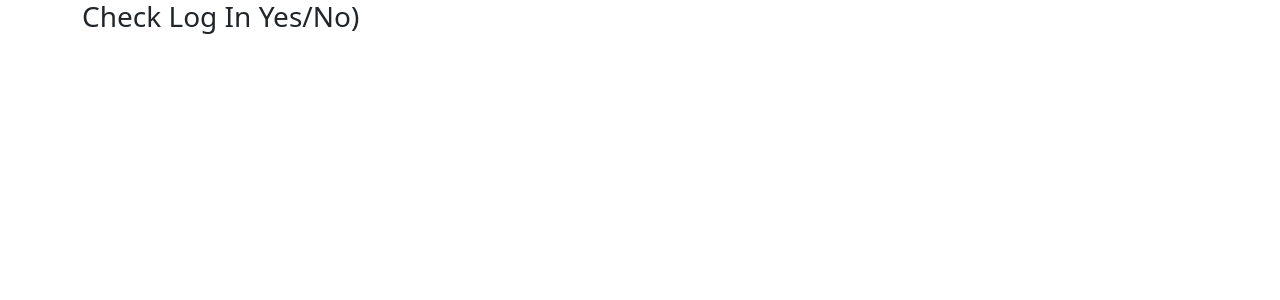
Repository: yeobleeme/06_jsp_basic
Page: http://localhost/jsp01_basic/jsp08_cookies/jsp09_login_03.jsp
An editor plug-in stored every save of this project. The page is shown before and after a run of saves, followed by the edit.
The browser window is 1280 px wide. The pictures show the whole page.
The page is served by Tomcat 9. Other server files are loaded and not shown.

Above is the page before, as saved 2023-05-12 03:17:18.

### jsp01_basic/WebContent/jsp08_cookies/jsp09_login_03.jsp
<%@page import="com.lec.cookie.MyCookie"%>
<%@page language="java" contentType="text/html; charset=UTF-8" pageEncoding="UTF-8"%>
<%
	MyCookie cookies = new MyCookie(request);
%>
<!DOCTYPE html>
<html>
<head>
	<meta charset="UTF-8">
	<meta name="viewport" content="width=device-width, initial-scale=1, minimum-scale=1, maximum-scale=1">
  	<link href="https://cdn.jsdelivr.net/npm/bootstrap@5.2.3/dist/css/bootstrap.min.css" rel="stylesheet">
  	<script src="https://cdn.jsdelivr.net/npm/bootstrap@5.2.3/dist/js/bootstrap.bundle.min.js"></script>
	<title>Insert title here</title>
</head>
<body>
	<div class="container">
		<h3>Check Log In Yes/No)</h3>
		<%
			if(cookies.exists("ADMIN"))
		%>
	</div>
</body>
</html>

### jsp01_basic/src/main/java/com/lec/cookie/MyCookie.java
package com.lec.cookie;

import java.io.UnsupportedEncodingException;
import java.net.URLDecoder;
import java.net.URLEncoder;
import java.util.HashMap;
import java.util.Map;
import javax.servlet.http.Cookie;
import javax.servlet.http.HttpServletRequest;

public class MyCookie {

	private Map<String, Cookie> map = new HashMap<>();

	public MyCookie(HttpServletRequest req) {
		Cookie[] cookies = req.getCookies();
		if(cookies != null) {
			for(int i=0; i<cookies.length; i++) {
				map.put(cookies[i].getName(), cookies[i]);
			}
		}
	}

	public Cookie getCookie(String name) {
		return map.get(name);
	}

	public String getValue(String name) throws Exception {
		Cookie cookie = map.get(name);
		if(cookie == null) return null;
		return URLDecoder.decode(cookie.getValue(), "utf-8");

	}

	public boolean exists(String name) {
		return map.get(name) != null;

	}

	public static Cookie createCookie(String name, String value) throws Exception {
		return new Cookie(name, URLEncoder.encode(value, "utf-8"));
	}

	public static Cookie createCookie(String name, String value, String path, int maxAge) throws Exception {
		Cookie cookie = new Cookie(name, URLEncoder.encode(value, "utf-8"));
		cookie.setPath(path);
		cookie.setMaxAge(maxAge);
		return cookie;
	}

	public static Cookie createCookie(String name, String value, String path, String domain, int maxAge) throws Exception {
		Cookie cookie = new Cookie(name, URLEncoder.encode(value, "utf-8"));
		cookie.setDomain(domain);
		cookie.setPath(path);
		cookie.setMaxAge(maxAge);
		return cookie;
	}


}

After the next 4 saves:
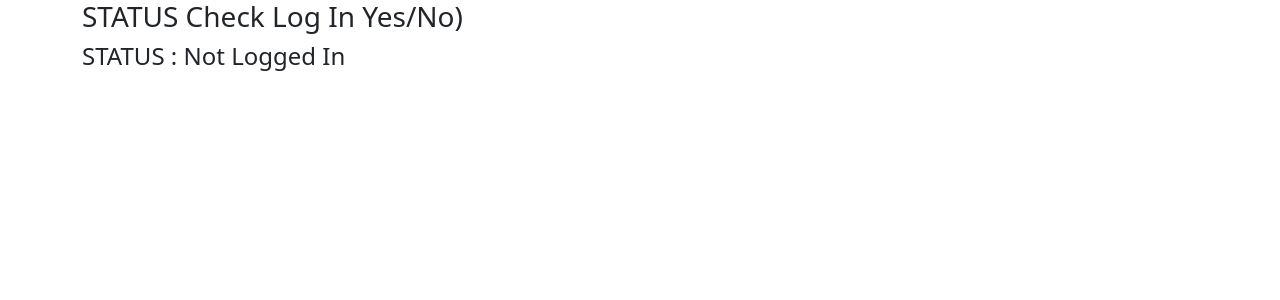
The 4 saves are shown as one change because 3 did not build or start.
The last was saved 2 min 26 s later.
--- a/jsp01_basic/WebContent/jsp08_cookies/jsp09_login_03.jsp
+++ b/jsp01_basic/WebContent/jsp08_cookies/jsp09_login_03.jsp
@@ -14,9 +14,17 @@
 </head>
 <body>
 	<div class="container">
-		<h3>Check Log In Yes/No)</h3>
+		<h3>STATUS Check Log In Yes/No)</h3>
 		<%
-			if(cookies.exists("ADMIN"))
+			if(cookies.exists("ADMIN")) {
+		%>
+				<h4 class="bg-danger text-white"> ID <%= cookies.getValue("ADMIN") %> STATUS : Now Logged In </h4>
+		<%
+			} else {
+		%>
+				<h4> STATUS : Not Logged In</h4>
+		<%
+			}
 		%>
 	</div>
 </body>
